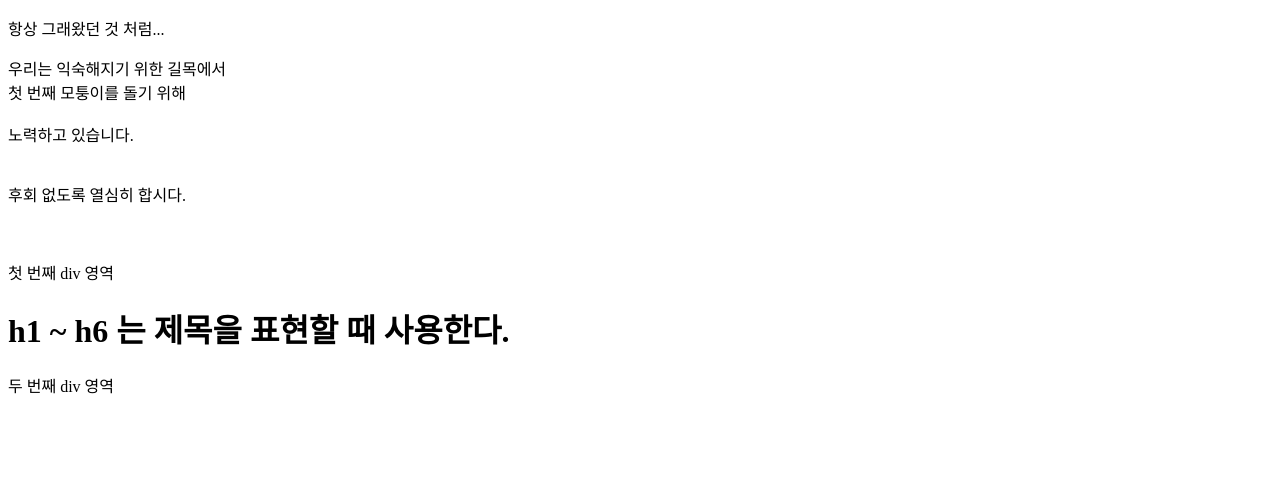
Repository: yhj4130/WebStudy
Page: WebApp01/WebContent/Test001.html
An editor plug-in stored every save of this project. The page is shown before and after the next save, followed by the edit.
The browser window is 1280 px wide. The pictures show the whole page.

Above is the page before, as saved 2019-04-29 07:07:53.

### WebApp01/WebContent/Test001.html
<!DOCTYPE html>
<html>
<head>
<meta charset="UTF-8">
<title>Test001.html</title>
</head>
<body>

<!--  문단 구성 -->
<p>항상 그래왔던 것 처럼...</p>

우리는 익숙해지기 위한 길목에서<br>
첫 번째 모퉁이를 돌기 위해<br><br> 노력하고 있습니다.<br><br><br>
후회 없도록 열심히 합시다.<br><br><br><br>

<!-- 주석문으로 처리할 내용 -->

<!-- 영역 구성 -->
<div>
	첫 번째 div 영역<br>
	<h1>h1 ~ h6 는 제목을 표현할 때 사용한다.</h1>
</div>
<div>
	두 번째 div 영역<br>
</div>
</body>
</html>

After the next save:
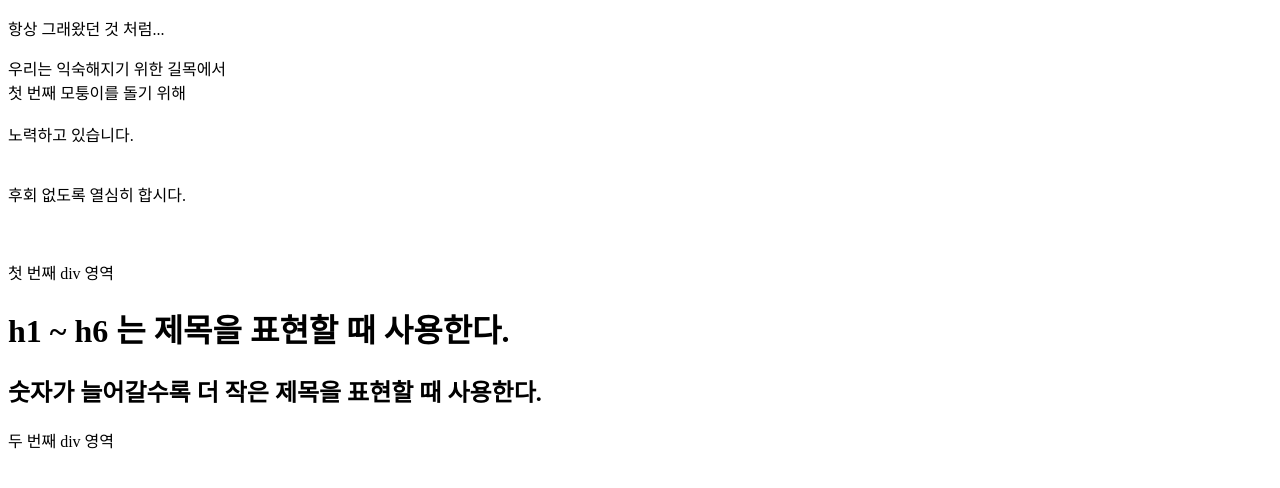
Saved 19 s later.
--- a/WebApp01/WebContent/Test001.html
+++ b/WebApp01/WebContent/Test001.html
@@ -19,6 +19,7 @@
 <div>
 	첫 번째 div 영역<br>
 	<h1>h1 ~ h6 는 제목을 표현할 때 사용한다.</h1>
+	<h2>숫자가 늘어갈수록 더 작은 제목을 표현할 때 사용한다.</h2>
 </div>
 <div>
 	두 번째 div 영역<br>
